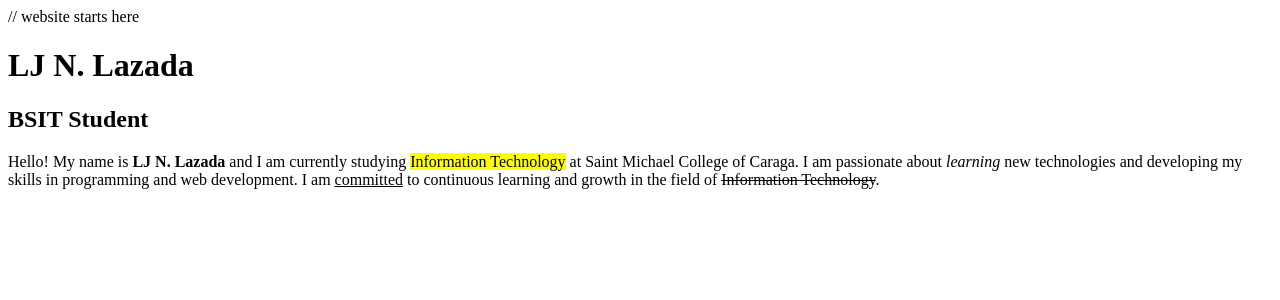
Repository: ljlazada11/myfirsthtml
Page: index.html
The author's editor kept a copy of each file at every save. The page is drawn from the files as they stood at one save, then again after the next save.
The browser window is 1280 px wide. The pictures show the whole page.

Above is the page before, as saved 2026-06-24 19:00:36.

After the next save:
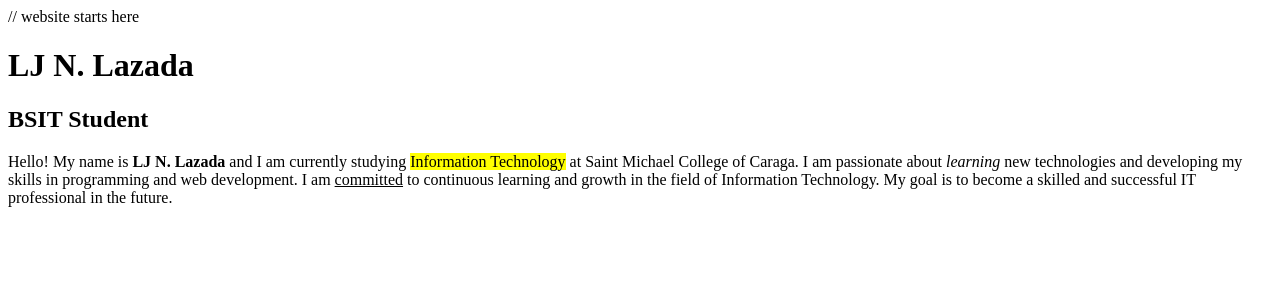
Saved 3 min 10 s later.
--- a/index.html
+++ b/index.html
@@ -11,6 +11,6 @@
 <body>
     <h1>LJ N. Lazada</h1>
     <h2>BSIT Student</h2>
-    <p>Hello! My name is <strong>LJ N. Lazada</strong> and I am currently studying <mark>Information Technology</mark> at Saint Michael College of Caraga. I am passionate about <i>learning</i> new technologies and developing my skills in programming and web development. I am <ins>committed</ins> to continuous learning and growth in the field of <del>Information Technology</del>.</p>
+    <p>Hello! My name is <strong>LJ N. Lazada</strong> and I am currently studying <mark>Information Technology</mark> at Saint Michael College of Caraga. I am passionate about <i>learning</i> new technologies and developing my skills in programming and web development. I am <ins>committed</ins> to continuous learning and growth in the field of Information Technology. My goal is to become a skilled and successful IT professional in the future.</p>
 </body>
 </html>
